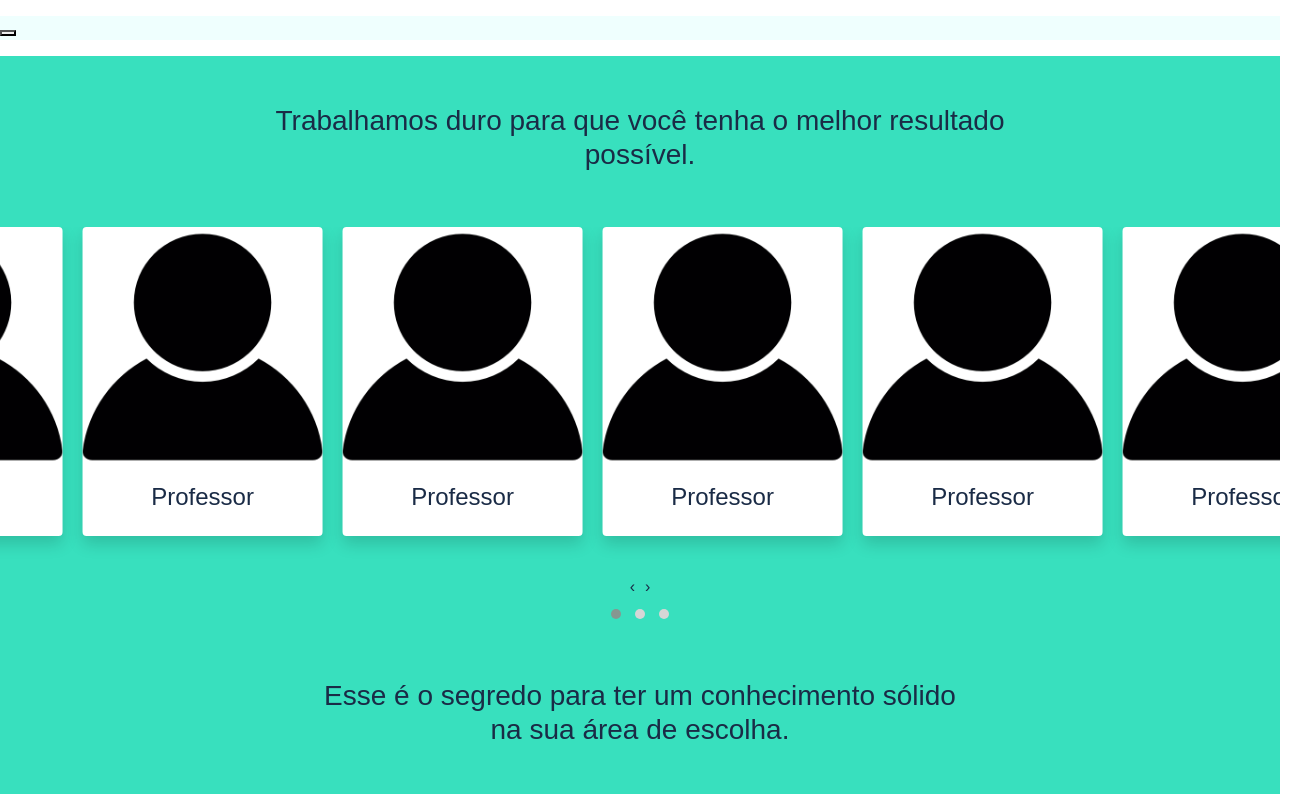
Repository: MarTech-Coders-Planejamento/site-oficial
Page: home.html
An editor plug-in stored every save of this project. The page is shown before and after the next save, followed by the edit.
The browser window is 1280 px wide. The page is 1292 px wide, so the pictures cover 1292 px, including what lies to the right of the window. The pictures show the whole page.
Some web fonts or font styles are not loaded; a fallback is used.

Above is the page before, as saved 2021-10-23 00:48:44.

After the next save:
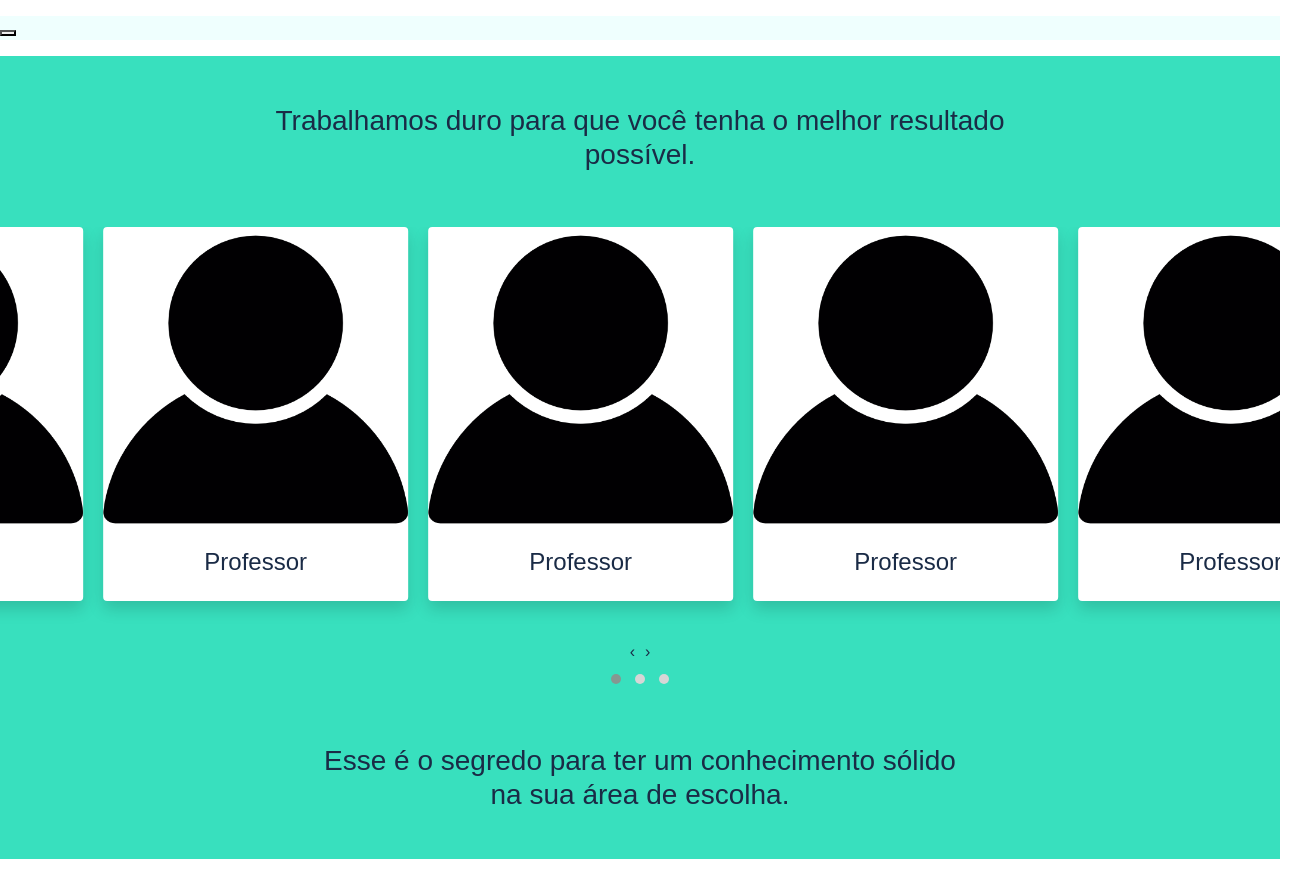
Saved 11 s later.
--- a/home.html
+++ b/home.html
@@ -254,7 +254,7 @@
             nav:false,
           },
           1000: {
-            items: 5,
+            items: 4,
             nav: true,
             loop: false
           },
